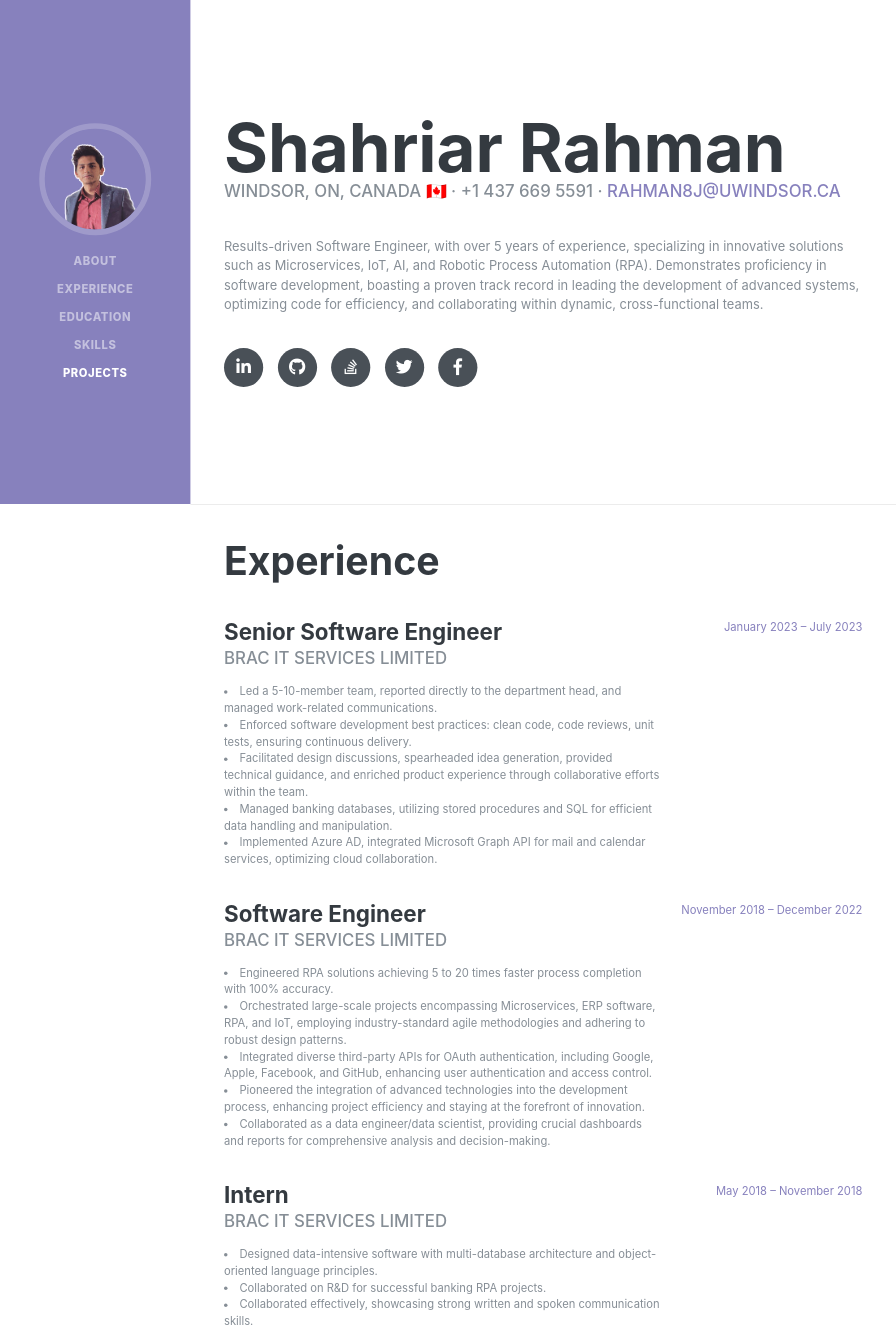
Repository: xahin96/xahin96.github.io
Page: index.html
These files come from the project's save history. The page is drawn as it stood at one moment and after the next save; the edit follows.
The browser window is 1280 px wide. The pictures show the part of the page from y = 0 to 1920 px (the page is 5323 px tall), at 70% of full size.
Some web fonts or font styles are not loaded; a fallback is used.

Above is the page before, as saved 2024-04-27 12:21:11.

After the next save:
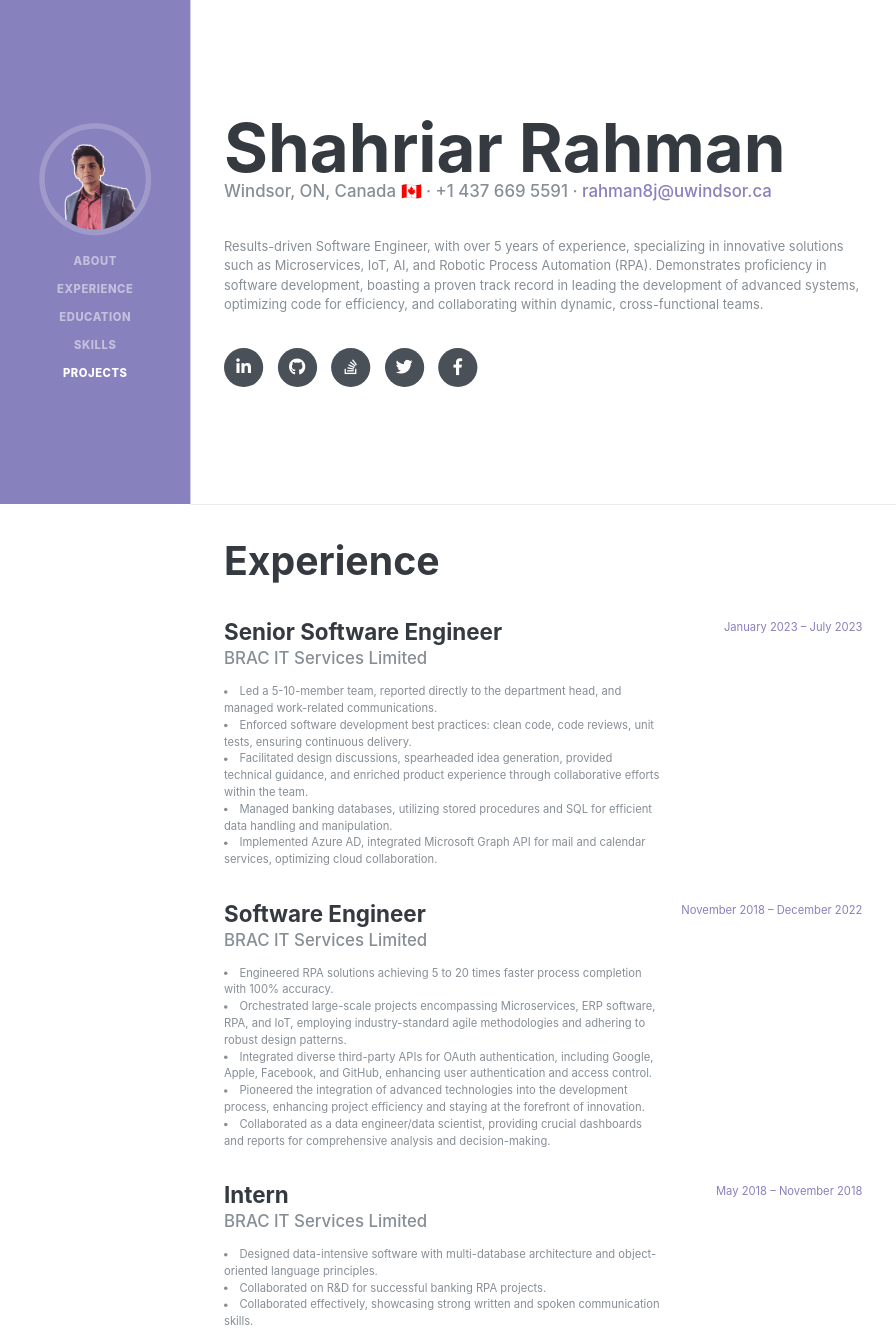
Saved 30 s later.
--- a/css/resume.css
+++ b/css/resume.css
@@ -47,7 +47,6 @@ p.lead {
 }
 
 .subheading {
-  text-transform: uppercase;
   font-weight: 500;
   font-family: 'Saira Extra Condensed', -apple-system, BlinkMacSystemFont, 'Segoe UI', Roboto, 'Helvetica Neue', Arial, sans-serif, 'Apple Color Emoji', 'Segoe UI Emoji', 'Segoe UI Symbol', 'Noto Color Emoji';
   font-size: 1.5rem;
